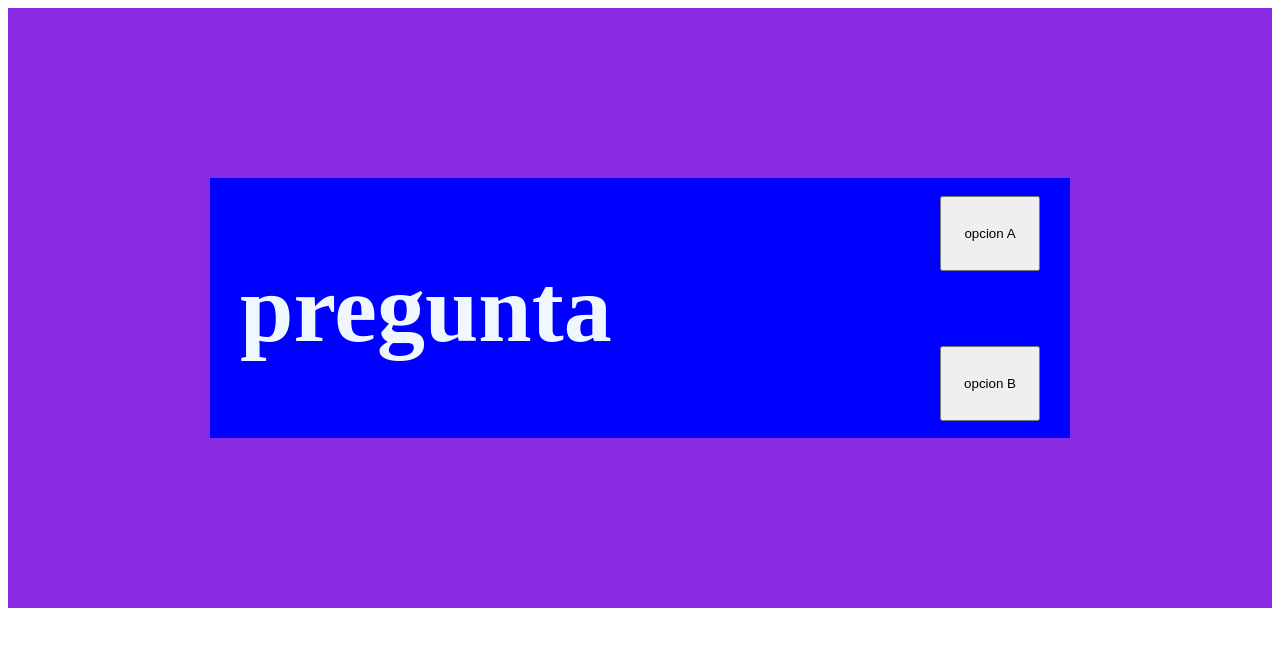
Repository: eschala/Proyecto_Clonaci-n_Kahoot_2023-2
Page: Borrador_Samir_Kahoot_NEW/Prueaba_Validar.html
The author's editor kept a copy of each file at every save. The page is drawn from the files as they stood at one save, then again after a run of saves.
The browser window is 1280 px wide. The pictures show the whole page.

Above is the page before, as saved 2023-11-29 13:04:59.
Console error: TypeError: Cannot set properties of null (setting 'innerHTML')

After the next 7 saves:
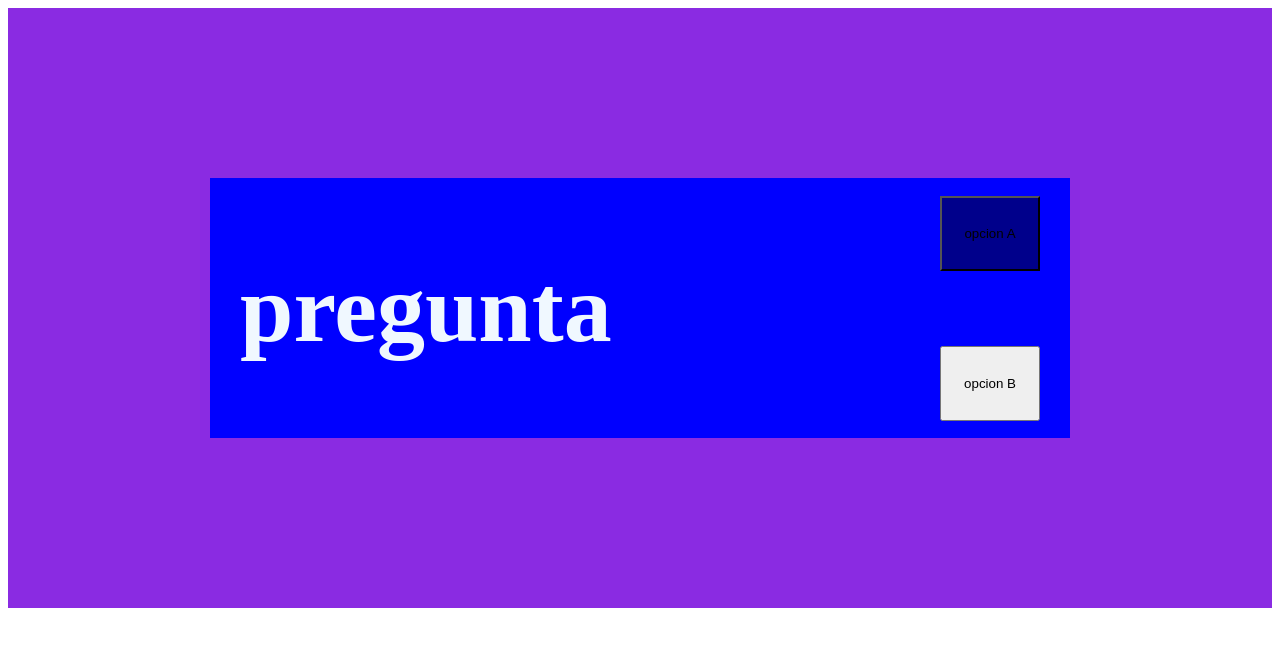
The 7 saves are shown as one change because they came seconds apart.
The last was saved 51 s later.
--- a/Borrador_Samir_Kahoot_NEW/stylePrueba.css
+++ b/Borrador_Samir_Kahoot_NEW/stylePrueba.css
@@ -51,11 +51,14 @@
 .btn_1 {
     width: 100%;
     height: 50%;
+
+    background-color:darkblue
 }
 
 .btn_2 {
     width: 100%;
     height: 50%;
+
 }
 
 .botones:hover{
